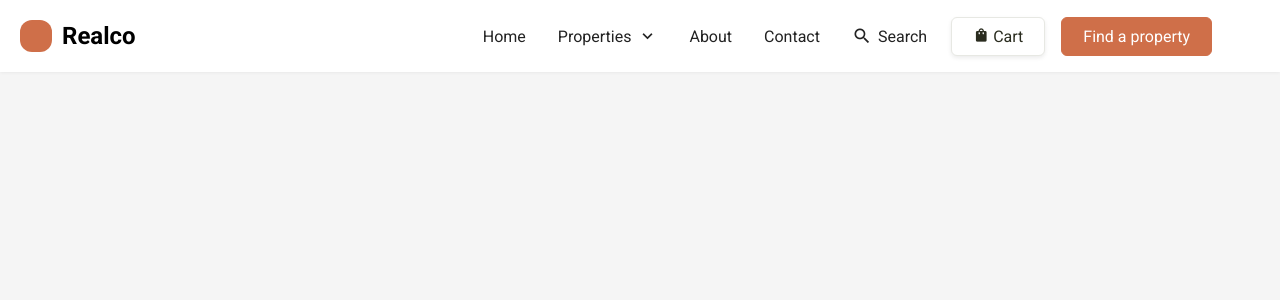
Repository: bek77g/realco
Page: index.html
These files come from the project's save history. The page is drawn as it stood at one moment and after the next save; the edit follows.
The browser window is 1280 px wide. The pictures show the whole page.
The style sheet was rebuilt from its Sass, Less or Tailwind sources for each picture, by a compiler version that may differ from the author's.

Above is the page before, as saved 2023-04-13 21:47:34.

After the next save:
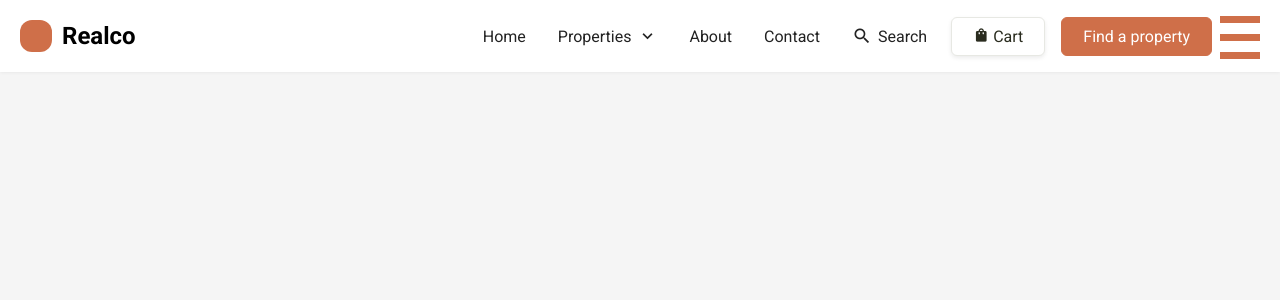
Saved 33 s later.
--- a/src/styles/_header.scss
+++ b/src/styles/_header.scss
@@ -76,7 +76,7 @@
       backface-visibility: hidden;
       position: absolute;
       left: 0;
-      border-top: 7px solid white;
+      border-top: 7px solid $main-color;
       width: 100%;
       transition: 0.55s;
     }
